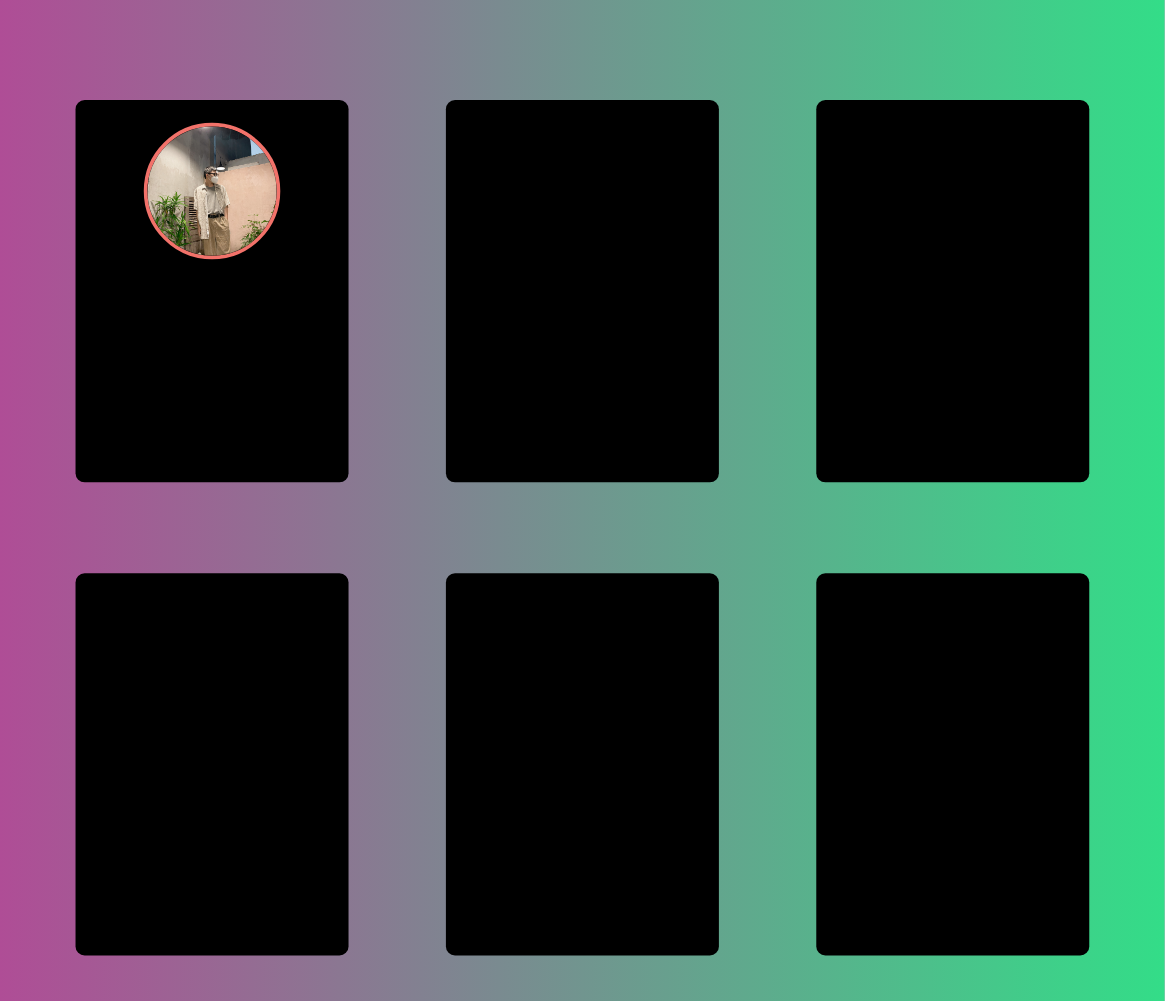
Repository: lausamtuong/profileCard
Page: index.html
The author's editor kept a copy of each file at every save. The page is drawn from the files as they stood at one save, then again after the next save.
The browser window is 1280 px wide. The pictures show the whole page, at 91% of full size.
The style sheet was rebuilt from its Sass, Less or Tailwind sources for each picture, by a compiler version that may differ from the author's.

Above is the page before, as saved 2021-12-14 15:21:24.

After the next save:
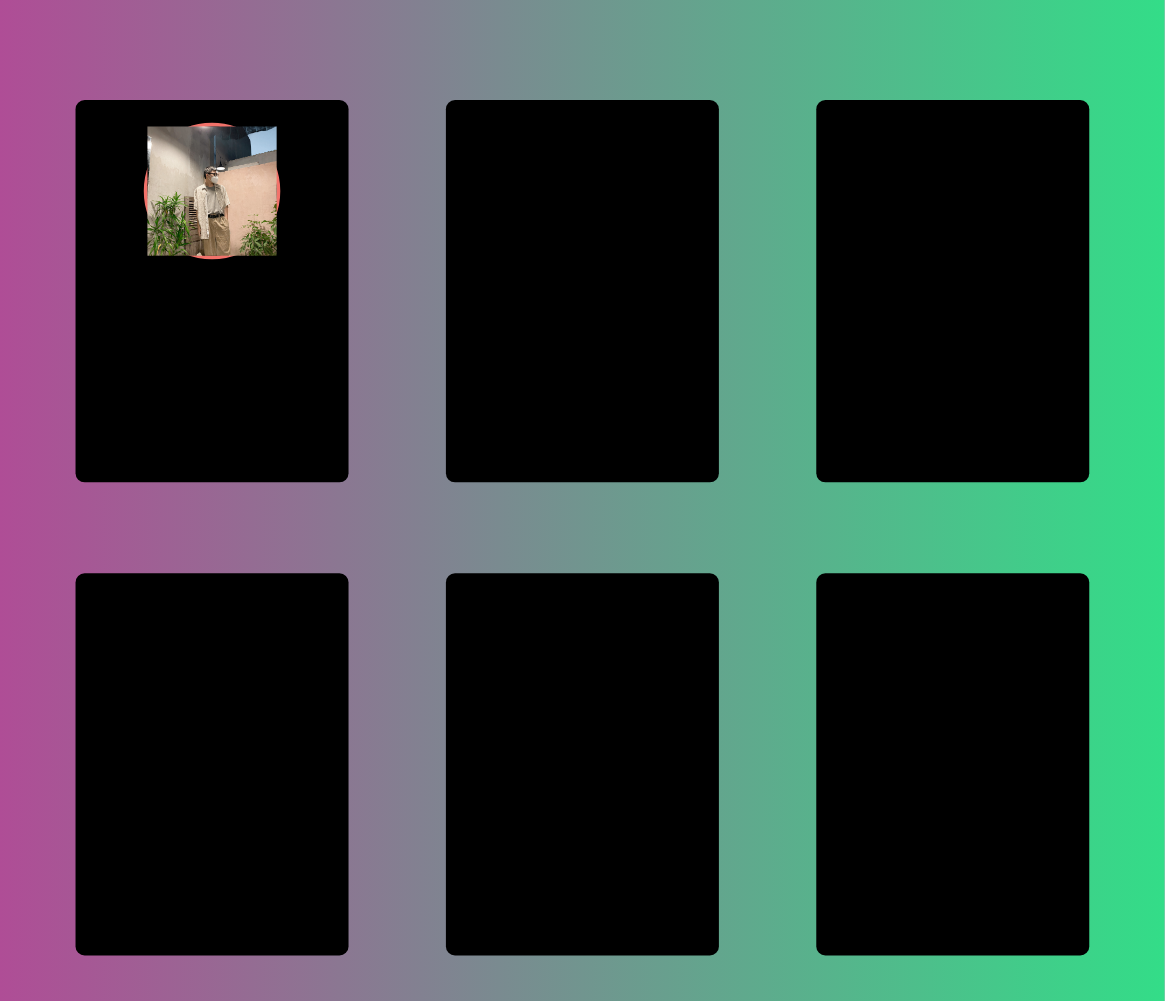
Saved 4 s later.
--- a/style.scss
+++ b/style.scss
@@ -28,7 +28,7 @@
     &__image{
         width: 150px;
         height: 150px;
-        overflow: hidden;
+        //overflow: hidden;
         transition: 0.25s;
         margin: 0 auto;
         transform: translateY(25px);

After the save that followed:
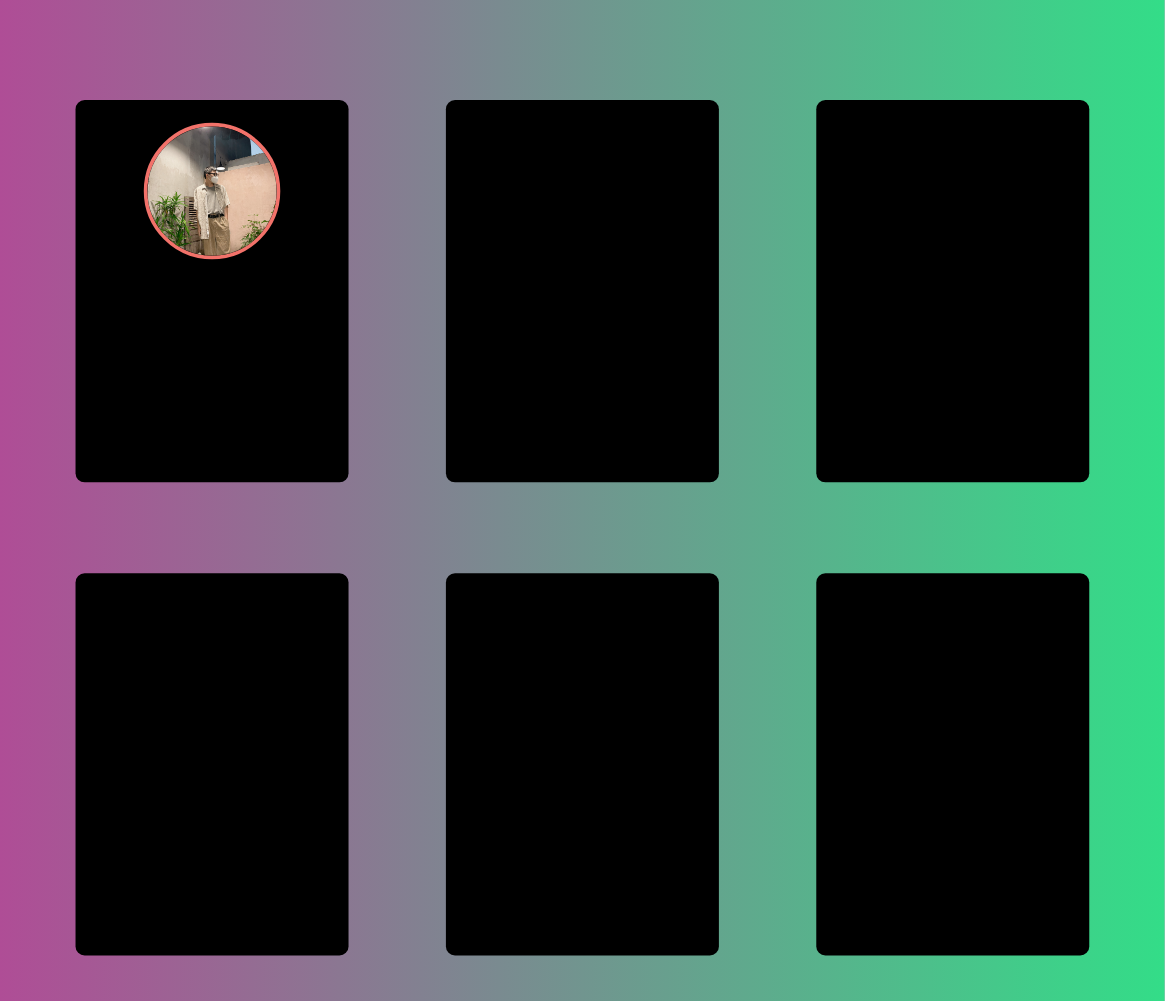
Saved 8 s later.
--- a/style.scss
+++ b/style.scss
@@ -28,7 +28,7 @@
     &__image{
         width: 150px;
         height: 150px;
-        //overflow: hidden;
+        overflow: hidden;
         transition: 0.25s;
         margin: 0 auto;
         transform: translateY(25px);
